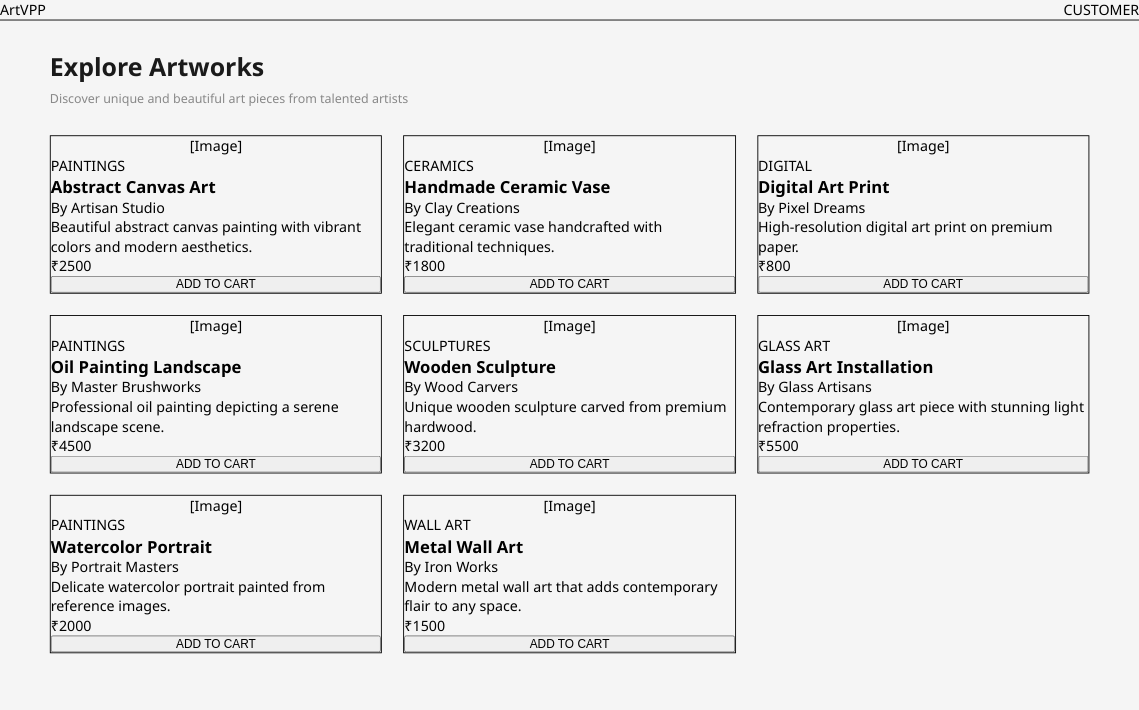
Repository: rushikesh-kolpe21/artvpp
Page: / (app in frontend/)
These files come from the project's save history. The page is drawn as it stood at one moment and after the next save; the edit follows.
The browser window is 1280 px wide. The pictures show the whole page, at 89% of full size.
The project was rebuilt for these pictures with package versions that can differ from the ones it lists, and the page was loaded fresh each time. Also part of the build but not shown: frontend/vite.config.js.

Above is the page before, as saved 2026-02-06 15:24:03.

After the next save:
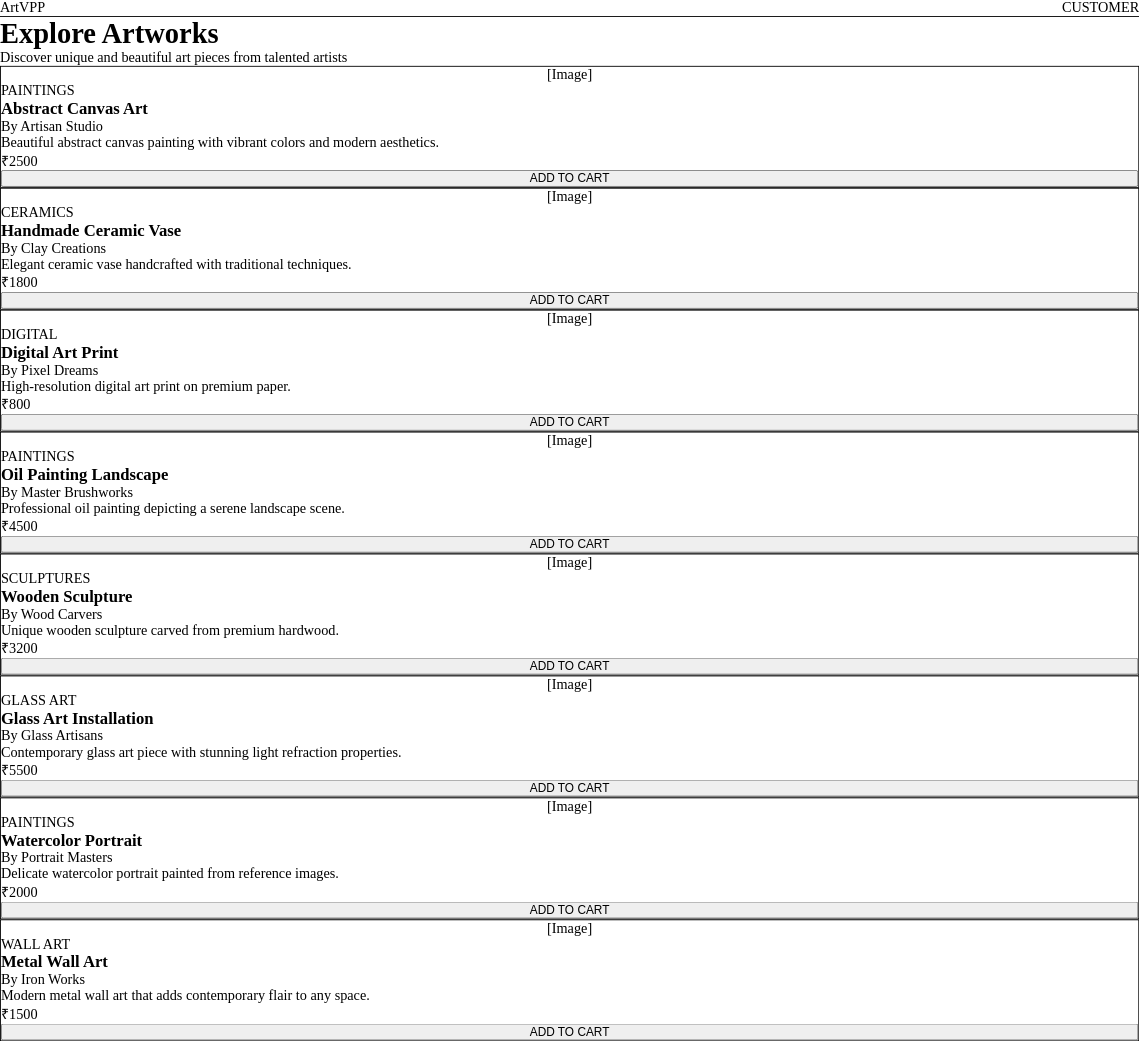
Saved 1 s later.
--- a/frontend/src/CustomerDashboard.jsx
+++ b/frontend/src/CustomerDashboard.jsx
@@ -1,29 +1,28 @@
 import Navbar from './components/Navbar';
 import ProductCard from './components/ProductCard';
 import { products } from './data/products';
-import './styles/CustomerDashboard.css';
 
 function CustomerDashboard() {
   return (
-    <div className="customer-app">
+    <div className="bg-gray-100 min-h-screen">
       <Navbar />
 
-      <div className="customer-container">
-        <div className="products-header">
-          <h1>Explore Artworks</h1>
-          <p>Discover unique and beautiful art pieces from talented artists</p>
+      <div className="max-w-6xl mx-auto px-4 py-8 sm:px-6 lg:px-8">
+        <div className="mb-8">
+          <h1 className="text-3xl font-bold text-gray-900 mb-2">Explore Artworks</h1>
+          <p className="text-gray-600 text-sm">Discover unique and beautiful art pieces from talented artists</p>
         </div>
 
         {products.length > 0 ? (
-          <div className="products-grid">
+          <div className="grid grid-cols-1 sm:grid-cols-2 lg:grid-cols-3 xl:grid-cols-4 gap-6">
             {products.map((product) => (
               <ProductCard key={product.id} product={product} />
             ))}
           </div>
         ) : (
-          <div className="empty-state">
-            <h2>No Products Available</h2>
-            <p>Check back soon for amazing artworks!</p>
+          <div className="text-center py-16 text-gray-600">
+            <h2 className="text-xl mb-2 text-gray-900">No Products Available</h2>
+            <p className="text-sm">Check back soon for amazing artworks!</p>
           </div>
         )}
       </div>
